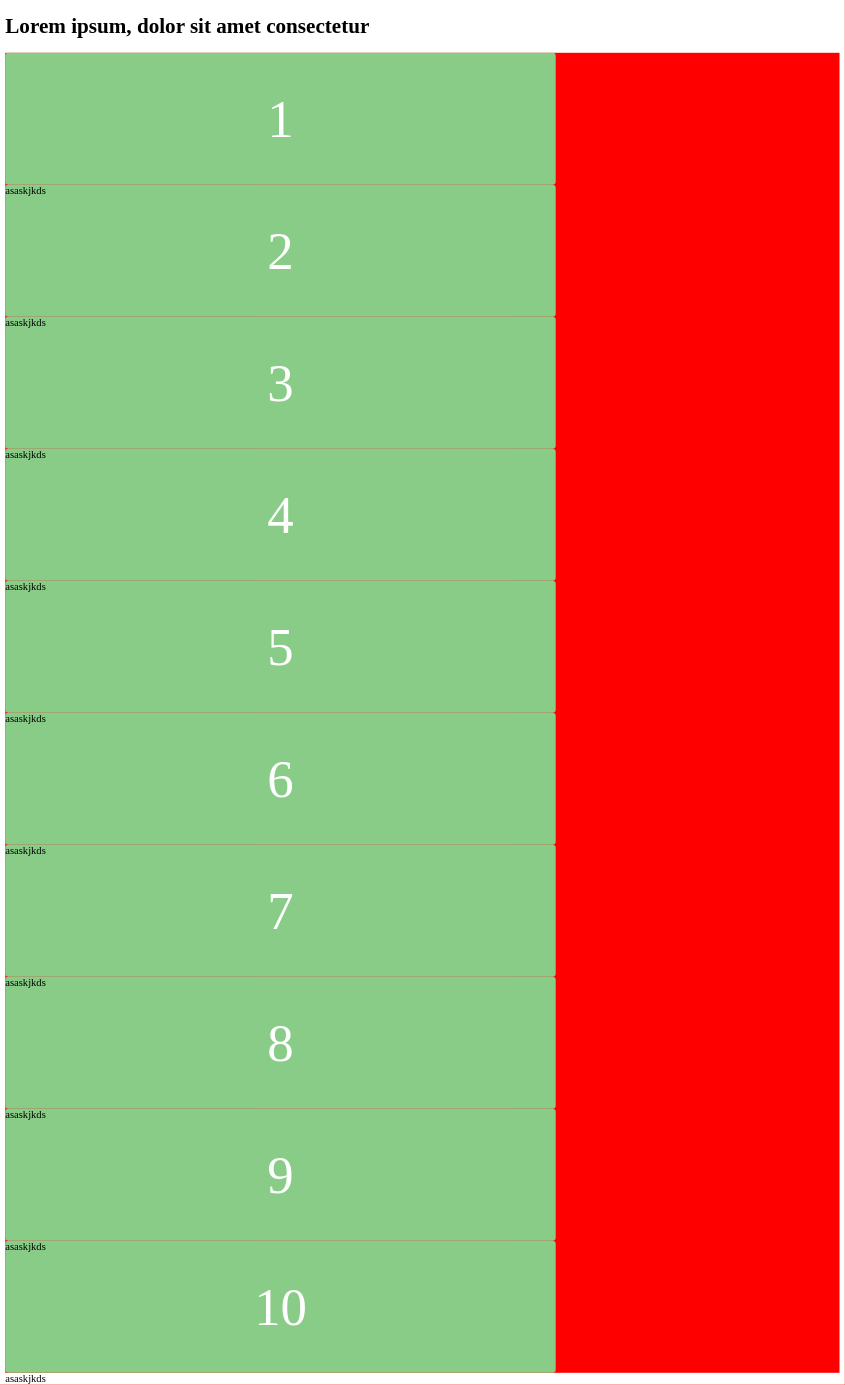
Repository: tongdkhai/Graphic-Art-Mart
Page: test/test.html
These files come from the project's save history. The page is drawn as it stood at one moment and after the next save; the edit follows.
The browser window is 1280 px wide. The pictures show the whole page, at 66% of full size.

Above is the page before, as saved 2022-10-25 17:24:55.

### test/test.html
<!DOCTYPE html>
<html lang="en">
  <head>
    <meta charset="UTF-8" />
    <meta http-equiv="X-UA-Compatible" content="IE=edge" />
    <meta name="viewport" content="width=device-width, initial-scale=1.0" />
    <title>Document</title>
    <link
      rel="stylesheet"
      href="https://unpkg.com/flickity@2.3.0/dist/flickity.pkgd.min.js"
    />
    <link
      rel="stylesheet"
      href="https://unpkg.com/flickity@2.3.0/dist/flickity.css"
    />
    <link rel="stylesheet" href="./flickity-master/css/flickity.css" />
    <style>
      .carousel {
        background-color: red;
      }
      .carousel-cell {
        background-color: #fa23e3;
        width: 100px;
        height: 100px;
        width: 66%;
        height: 200px;
        margin-right: 10px;
        background: #8c8;
        border-radius: 5px;
        counter-increment: carousel-cell;
      }
      /* cell number */
      .carousel-cell:before {
        display: block;
        text-align: center;
        content: counter(carousel-cell);
        line-height: 200px;
        font-size: 80px;
        color: white;
      }
    </style>
  </head>
  <body>
    <h1 class="title">Lorem ipsum, dolor sit amet consectetur</h1>
    <div
      class="carousel"
      data-flickity='"freeScroll": true, "wrapAround": true'
    >
      <div class="carousel-cell">asaskjkds</div>
      <div class="carousel-cell">asaskjkds</div>
      <div class="carousel-cell">asaskjkds</div>
      <div class="carousel-cell">asaskjkds</div>
      <div class="carousel-cell">asaskjkds</div>
      <div class="carousel-cell">asaskjkds</div>
      <div class="carousel-cell">asaskjkds</div>
      <div class="carousel-cell">asaskjkds</div>
      <div class="carousel-cell">asaskjkds</div>
      <div class="carousel-cell">asaskjkds</div>
    </div>
    <script type="text/javascript" src="./docs/flickity.pkgd.min.js"></script>
  </body>
</html>

### test/flickity-master/css/flickity.css
/*! Flickity v3.0.0
https://flickity.metafizzy.co
---------------------------------------------- */

.flickity-enabled {
  position: relative;
}

.flickity-enabled:focus { outline: none; }

.flickity-viewport {
  overflow: hidden;
  position: relative;
  height: 100%;
  touch-action: pan-y;
}

.flickity-slider {
  position: absolute;
  width: 100%;
  height: 100%;
  left: 0;
}

.flickity-rtl .flickity-slider {
  left: unset;
  right: 0;
}

/* draggable */

.flickity-enabled.is-draggable {
  -webkit-tap-highlight-color: transparent;
  user-select: none;
}

.flickity-enabled.is-draggable .flickity-viewport {
  cursor: move;
  cursor: grab;
}

.flickity-enabled.is-draggable .flickity-viewport.is-pointer-down {
  cursor: grabbing;
}

/* ---- flickity-cell ---- */

.flickity-cell {
  position: absolute;
  left: 0;
}

.flickity-rtl .flickity-cell {
  left: unset;
  right: 0;
}

/* ---- flickity-button ---- */

.flickity-button {
  position: absolute;
  background: hsl(0 0% 100% / 75%);
  border: none;
  color: #333;
}

.flickity-button:hover {
  background: white;
  cursor: pointer;
}

.flickity-button:focus {
  outline: none;
  box-shadow: 0 0 0 5px #19F;
}

.flickity-button:active {
  opacity: 0.6;
}

.flickity-button:disabled {
  opacity: 0.3;
  cursor: auto;
  /* prevent disabled button from capturing pointer up event. #716 */
  pointer-events: none;
}

.flickity-button-icon {
  fill: currentColor;
}

/* ---- previous/next buttons ---- */

.flickity-prev-next-button {
  top: 50%;
  width: 44px;
  height: 44px;
  border-radius: 50%;
  /* vertically center */
  transform: translateY(-50%);
}

.flickity-prev-next-button.previous { left: 10px; }
.flickity-prev-next-button.next { right: 10px; }
/* right to left */
.flickity-rtl .flickity-prev-next-button.previous {
  left: auto;
  right: 10px;
}

.flickity-rtl .flickity-prev-next-button.next {
  right: auto;
  left: 10px;
}

.flickity-prev-next-button .flickity-button-icon {
  position: absolute;
  left: 20%;
  top: 20%;
  width: 60%;
  height: 60%;
}

/* ---- page dots ---- */

.flickity-page-dots {
  position: absolute;
  width: 100%;
  bottom: -25px;
  text-align: center;
  display: flex;
  justify-content: center;
  flex-wrap: wrap;
}

.flickity-rtl .flickity-page-dots { direction: rtl; }

.flickity-page-dot {
  display: block;
  width: 10px;
  height: 10px;
  padding: 0;
  margin: 0 8px;
  background: hsl(0 0% 20% / 25%);
  border-radius: 50%;
  cursor: pointer;
  appearance: none;
  border: none;
  text-indent: -9999px;
  overflow: hidden;
}

.flickity-rtl .flickity-page-dot {
  text-indent: 9999px;
}

.flickity-page-dot:focus {
  outline: none;
  box-shadow: 0 0 0 5px #19F;
}

.flickity-page-dot.is-selected {
  background: hsl(0 0% 20% / 100%);
}

Loaded but not shown: test/docs/flickity.pkgd.min.js (library)

After the next save:
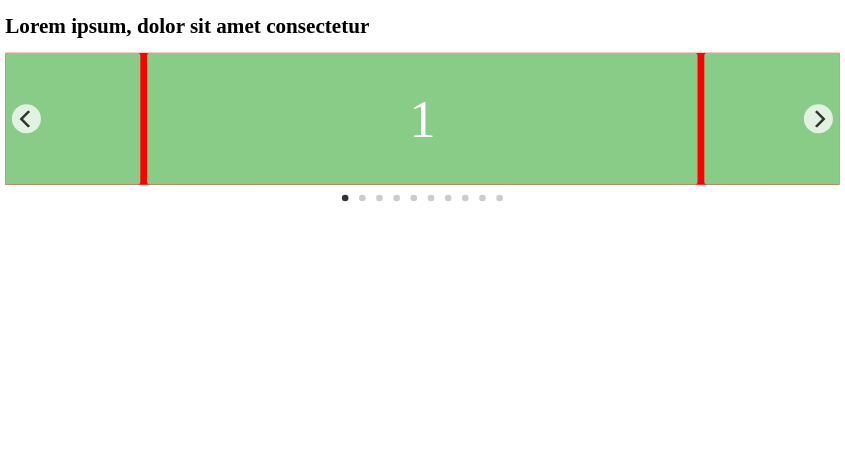
Saved 48 s later.
--- a/test/test.html
+++ b/test/test.html
@@ -44,7 +44,7 @@
     <h1 class="title">Lorem ipsum, dolor sit amet consectetur</h1>
     <div
       class="carousel"
-      data-flickity='"freeScroll": true, "wrapAround": true'
+      data-flickity='{"freeScroll": true, "wrapAround": true}'
     >
       <div class="carousel-cell">asaskjkds</div>
       <div class="carousel-cell">asaskjkds</div>
